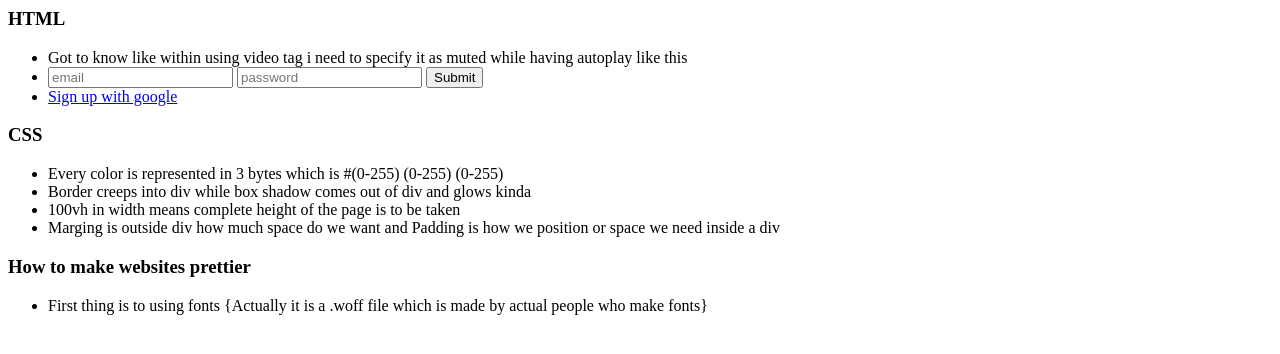
Repository: RohanSai22/harkirat-cohort-learnings
Page: Web/w1.html
The author's editor kept a copy of each file at every save. The page is drawn from the files as they stood at one save, then again after the next save.
The browser window is 1280 px wide. The pictures show the whole page.

Above is the page before, as saved 2026-03-24 03:28:24.

### Web/w1.html
<html>
    <head>
        <title>My Site</title>
    </head>
    <body>
        <h3>HTML</h3>
        <ul>
            <li>
        Got to know like within using video tag i need to specify it as muted while having autoplay like this
        <!--<video width="300" height="300" autoplay mmuted src="./some.mp4"></video>-->
            </li>
            <li>
                <input type="email" placeholder="email"/>
                <input type ="password" placeholder="password"/>
                <button>Submit</button>
            </li>
            <li>
                <a href="https://www.gmail.com/" target="_blank">Sign up with google</a>
            </li>
        </ul>
        <h3>CSS</h3>
        <ul>
        <li>
            Every color is represented in 3 bytes which is #(0-255) (0-255) (0-255)
        </li>
        <li>
            Border creeps into div while box shadow comes out of div and glows kinda
        </li>
        <li>
            100vh in width means complete height of the page is to be taken
        </li>
        <li>
            Marging is outside div how much space do we want and Padding is how we position or space we need inside a div
        </li>
        </ul>
        <h3>How to make websites prettier</h3>
        <ul>
            <li>
                First thing is to using fonts {Actually it is a .woff file which is made by actual people who make fonts}
            </li>
        </ul>
    </body>
</html>

After the next save:
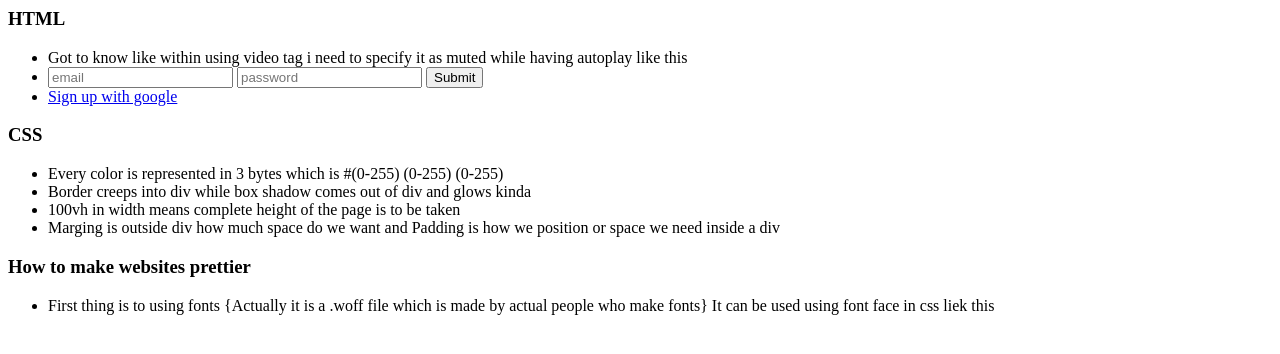
Saved 3 min 38 s later.
--- a/Web/w1.html
+++ b/Web/w1.html
@@ -37,6 +37,15 @@
         <ul>
             <li>
                 First thing is to using fonts {Actually it is a .woff file which is made by actual people who make fonts}
+                It can be used using font face in css liek this
+                <!--
+                @font-face{
+                fonts.google.com/fancy-font.woff
+                }
+                #somediv{
+                font-family : fancy-font
+                }
+                -->
             </li>
         </ul>
     </body>
